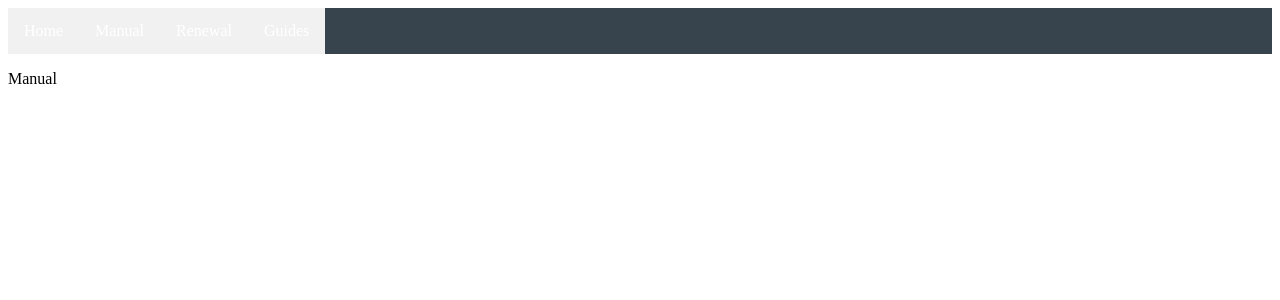
Repository: muesinga/ticketoffice-dot-info
Page: guides/manual.html
The author's editor kept a copy of each file at every save. The page is drawn from the files as they stood at one save, then again after a run of saves.
The browser window is 1280 px wide. The pictures show the whole page.

Above is the page before, as saved 2022-06-07 14:29:34.
Console error: TypeError: Cannot read properties of null (reading 'getElementsByClassName')

After the next 3 saves:
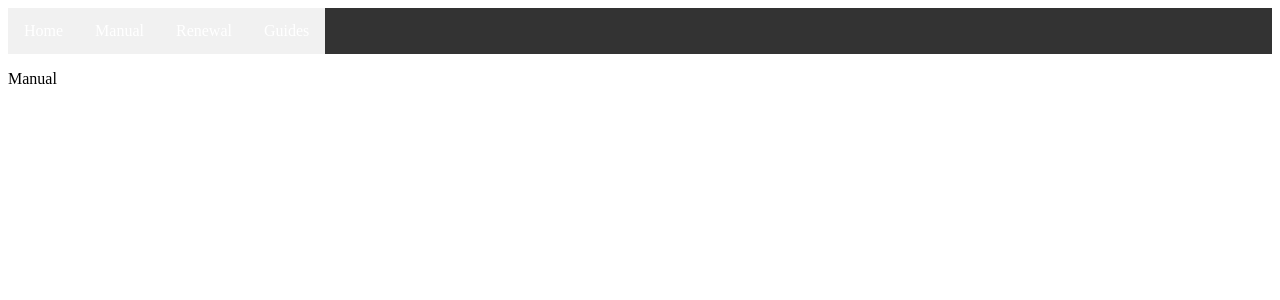
The 3 saves are shown as one change because they came seconds apart.
The last was saved 11 s later.
--- a/style/style.css
+++ b/style/style.css
@@ -3,7 +3,7 @@
     margin: 0;
     padding: 0;
     overflow: hidden;
-    background-color: #38444d;
+    background-color: #333;
   }
   .navlink {
     border: none;
